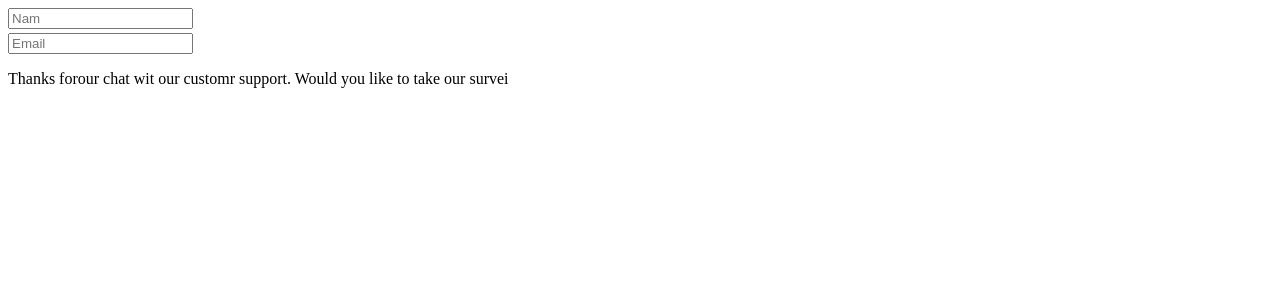
Repository: RagulRanjeeth/Frontend
Page: Exercises/ExerciseDisplai.html
The author's editor kept a copy of each file at every save. The page is drawn from the files as they stood at one save, then again after the next save.
The browser window is 1280 px wide. The pictures show the whole page.

Above is the page before, as saved 2026-01-22 14:53:37.

### Exercises/ExerciseDisplai.html
<!DOCTYPE html>
<html>
    <head>
        <title>
            Display Exercises
        </title>

        <style>
            input{
                display: block;
                margin-top: 0px;
                margin-bottom: 4px;
            }
        </style>

    </head>
    <body>
        <input placeholder="Nam" type="Text" placeholder="Name">
        <input  placeholder="Email" type="Text">

        <p class="SurveiReport">Thanks forour chat wit our customr support. Would you like to take our survei</p>
        </body>
</html>

After the next save:
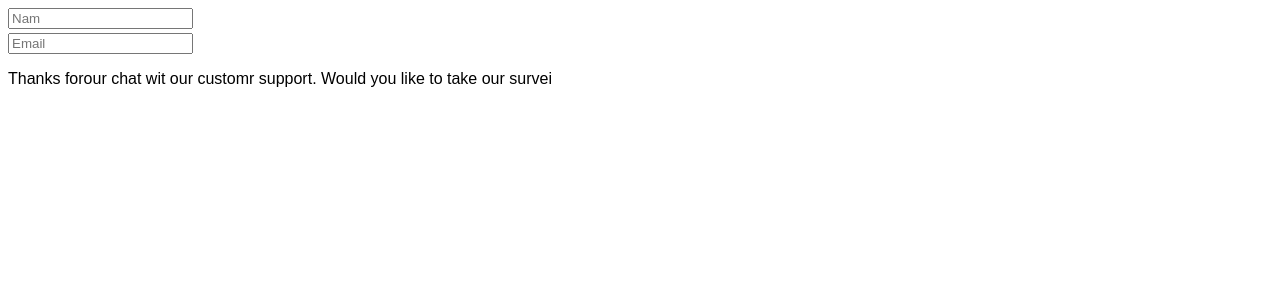
Saved 35 s later.
--- a/Exercises/ExerciseDisplai.html
+++ b/Exercises/ExerciseDisplai.html
@@ -11,6 +11,10 @@
                 margin-top: 0px;
                 margin-bottom: 4px;
             }
+
+            .SurveiReport{
+                font-family: Arial, Helvetica, sans-serif;
+            }
         </style>
 
     </head>

After the save that followed:
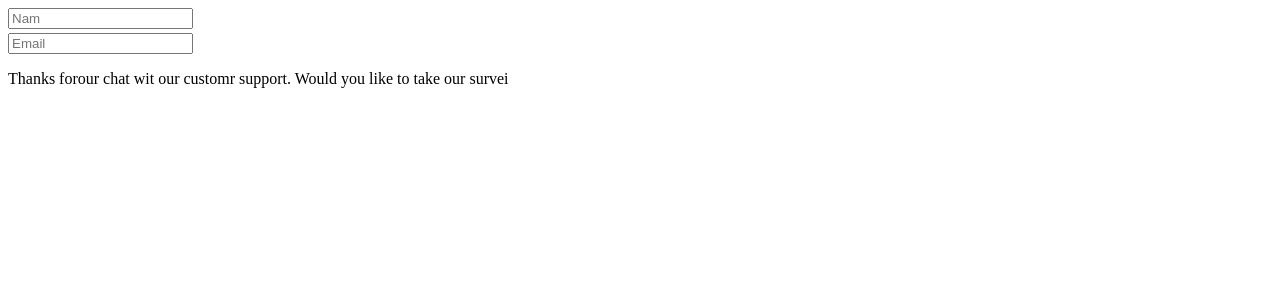
Saved 20 s later.
--- a/Exercises/ExerciseDisplai.html
+++ b/Exercises/ExerciseDisplai.html
@@ -13,7 +13,8 @@
             }
 
             .SurveiReport{
-                font-family: Arial, Helvetica, sans-serif;
+                font-family:'Times New Roman';
+
             }
         </style>
 
